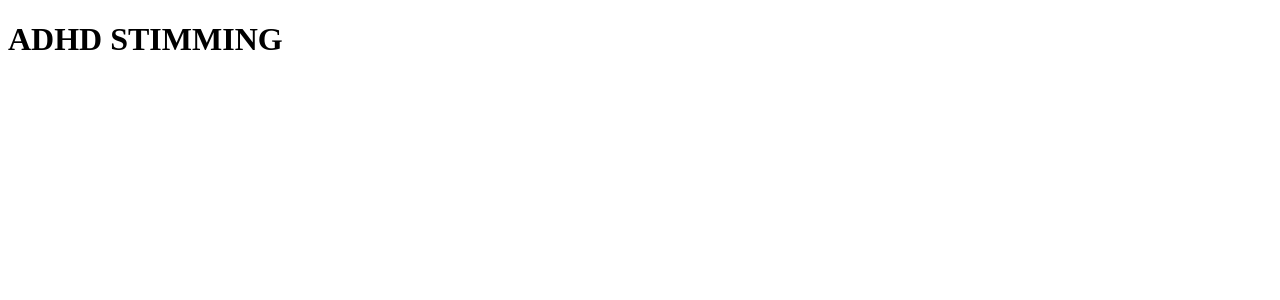
Repository: anderscederberg11/unhandledRuntimeError.json
Page: Henver/henver3.html
The author's editor kept a copy of each file at every save. The page is drawn from the files as they stood at one save, then again after the next save.
The browser window is 1280 px wide. The pictures show the whole page.

Above is the page before, as saved 2024-05-24 19:00:31.

After the next save:
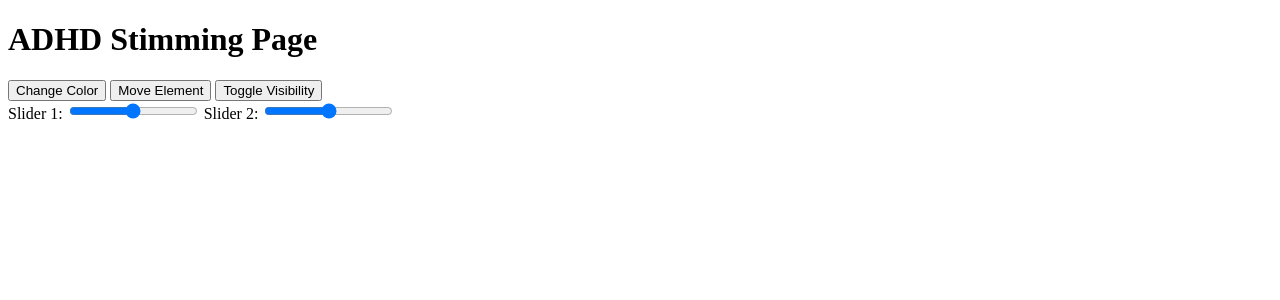
Saved 21 s later.
--- a/Henver/henver3.html
+++ b/Henver/henver3.html
@@ -7,6 +7,21 @@
     <link rel="stylesheet" href="henver3.css">
 </head>
 <body>
-    <h1>ADHD STIMMING</h1>
+    <h1>ADHD Stimming Page</h1>
+
+    <div class="buttons">
+      <button onclick="changeColor()">Change Color</button>
+      <button onclick="moveElement()">Move Element</button>
+      <button onclick="toggleVisibility()">Toggle Visibility</button>
+    </div>
+
+    <div class="sliders">
+      <label for="slider1">Slider 1:</label>
+      <input type="range" id="slider1" min="0" max="100" value="50" onchange="adjustFontSize(this.value)">
+      <label for="slider2">Slider 2:</label>
+      <input type="range" id="slider2" min="0" max="100" value="50" onchange="adjustOpacity(this.value)">
+    </div>
+
+    <div id="movableElement" class="movable-element"></div>
 </body>
 </html>
